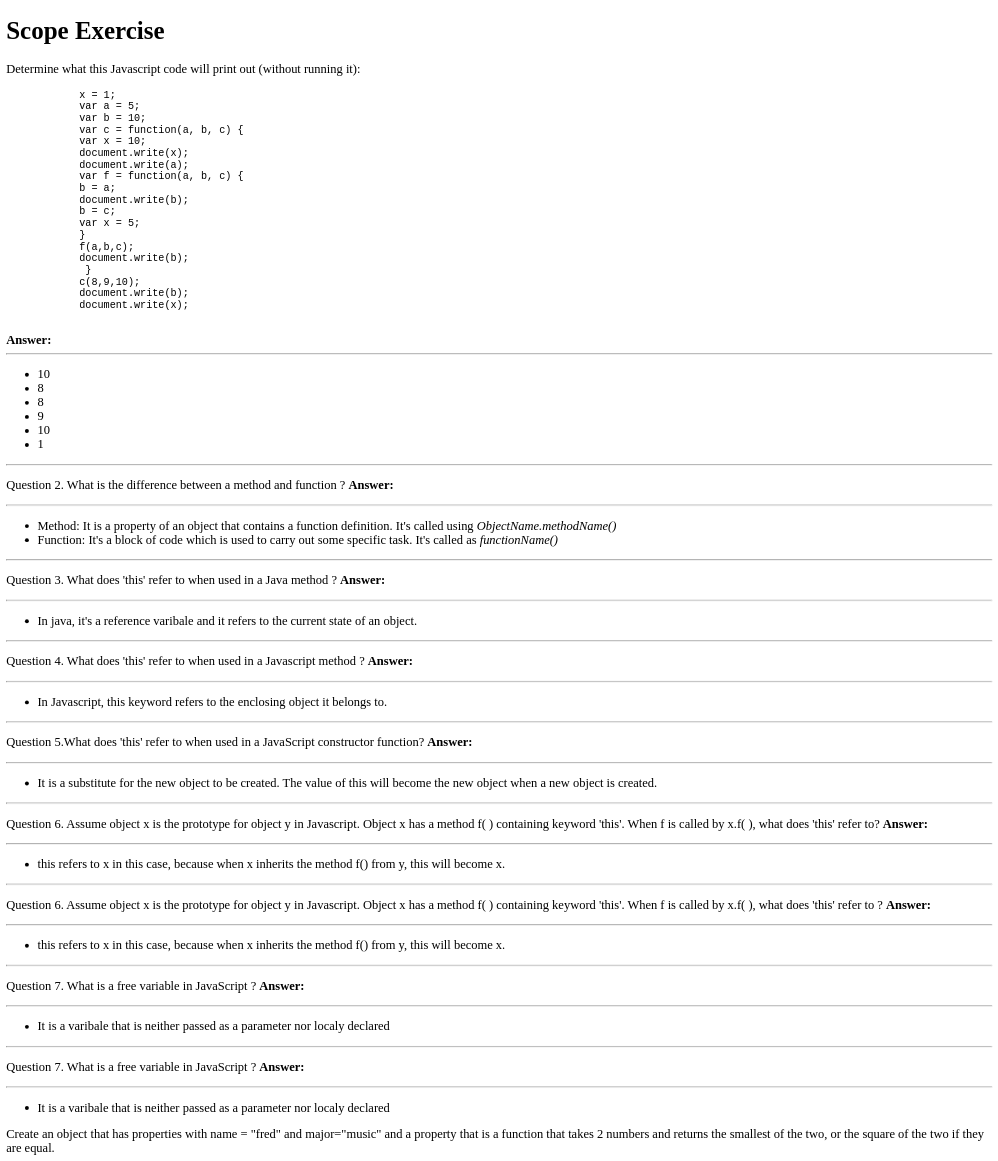
Repository: bethelbahiru/WAP
Page: Homework3/scope.html
An editor plug-in stored every save of this project. The page is shown before and after the next save, followed by the edit.
The browser window is 1280 px wide. The pictures show the whole page, at 78% of full size.

Above is the page before, as saved 2022-01-18 17:08:53.

After the next save:
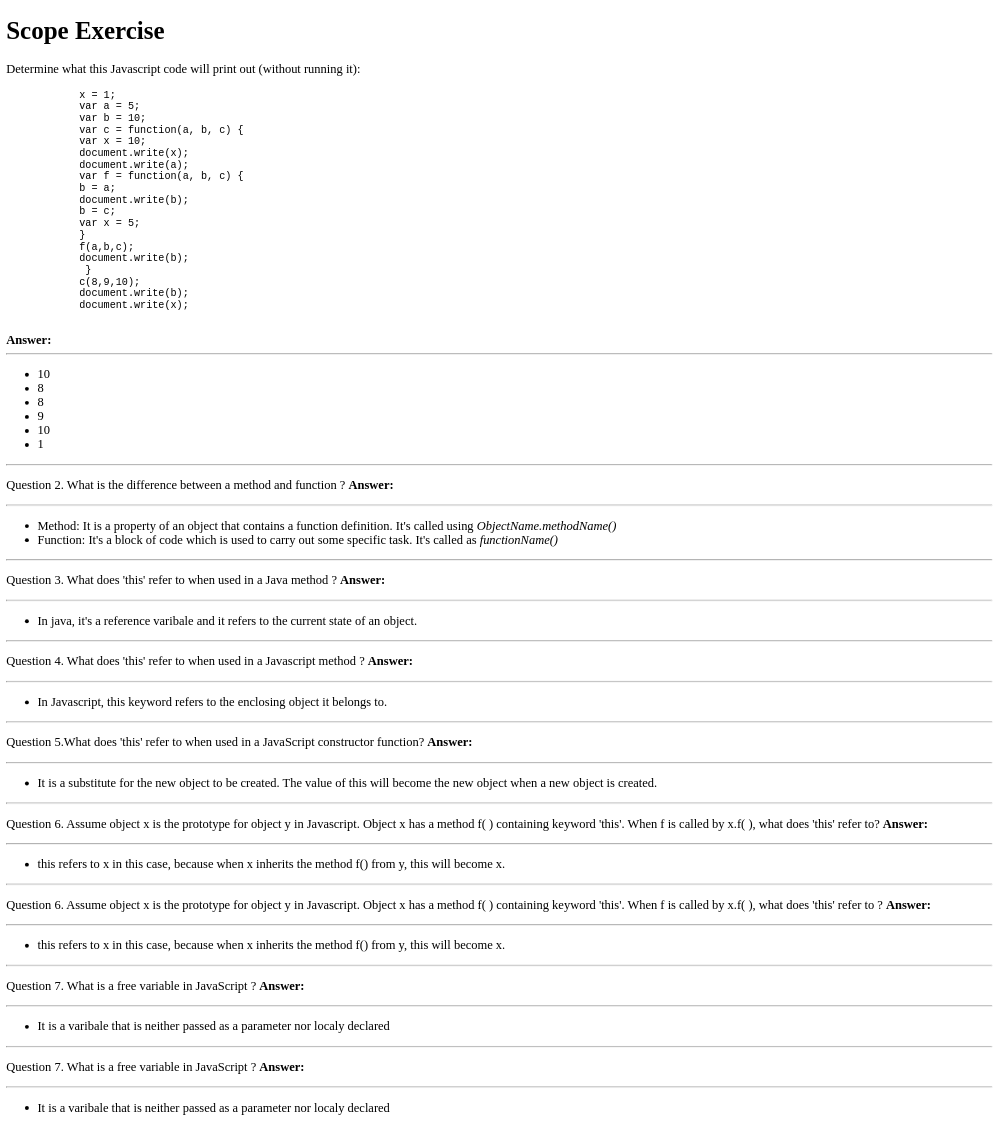
Saved 6 s later.
--- a/Homework3/scope.html
+++ b/Homework3/scope.html
@@ -113,8 +113,7 @@
 
 
 
-    Create an object that has properties with name = "fred" and major="music" and a property that is a function
-that takes 2 numbers and returns the smallest of the two, or the square of the two if they are equal.
+
 
 
 
